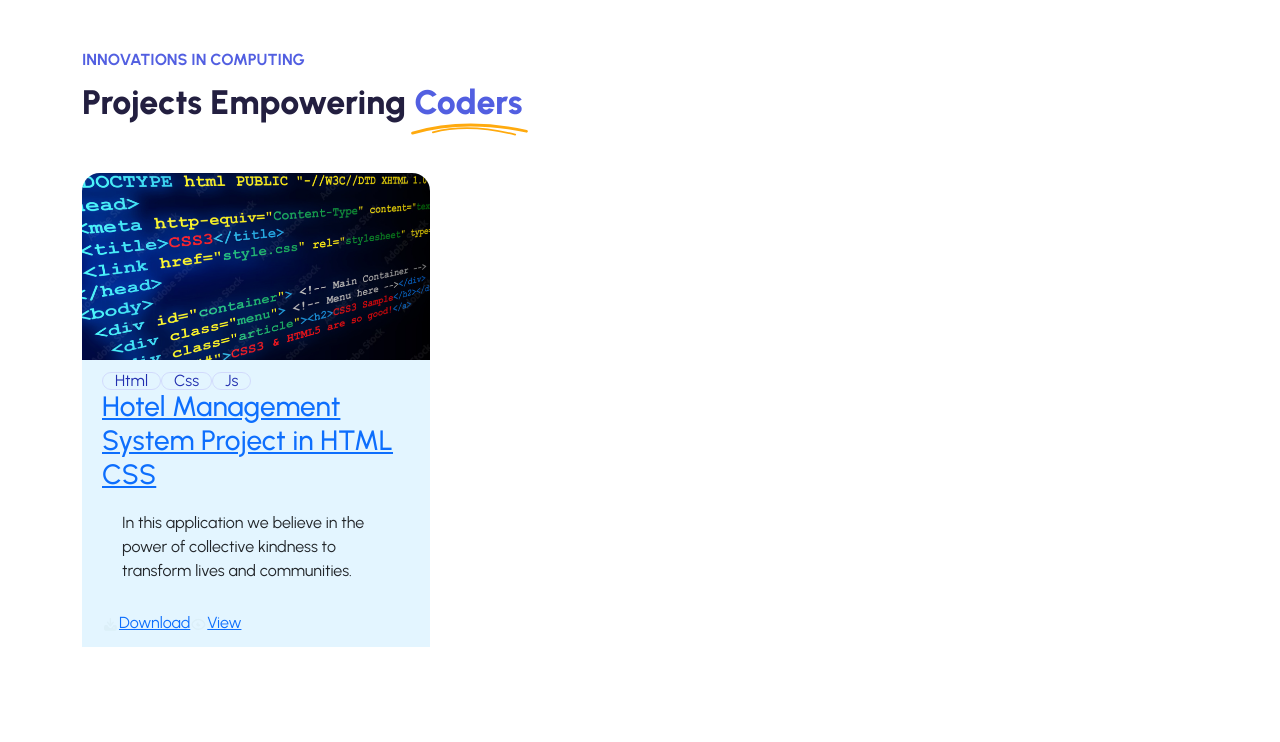
Repository: sharma171/jtccreativeideas
Page: /newsection (app in nextjssite/)
These files come from the project's save history. The page is drawn as it stood at one moment and after the next save; the edit follows.
The browser window is 1280 px wide. The pictures show the whole page.
The project was rebuilt for these pictures with package versions that can differ from the ones it lists, and the page was loaded fresh each time. The framework's server and built-in components were replaced by stand-ins that run in the browser. Also part of the build but not shown: nextjssite/next.config.mjs.

Above is the page before, as saved 2024-03-28 13:02:43.

After the next save:
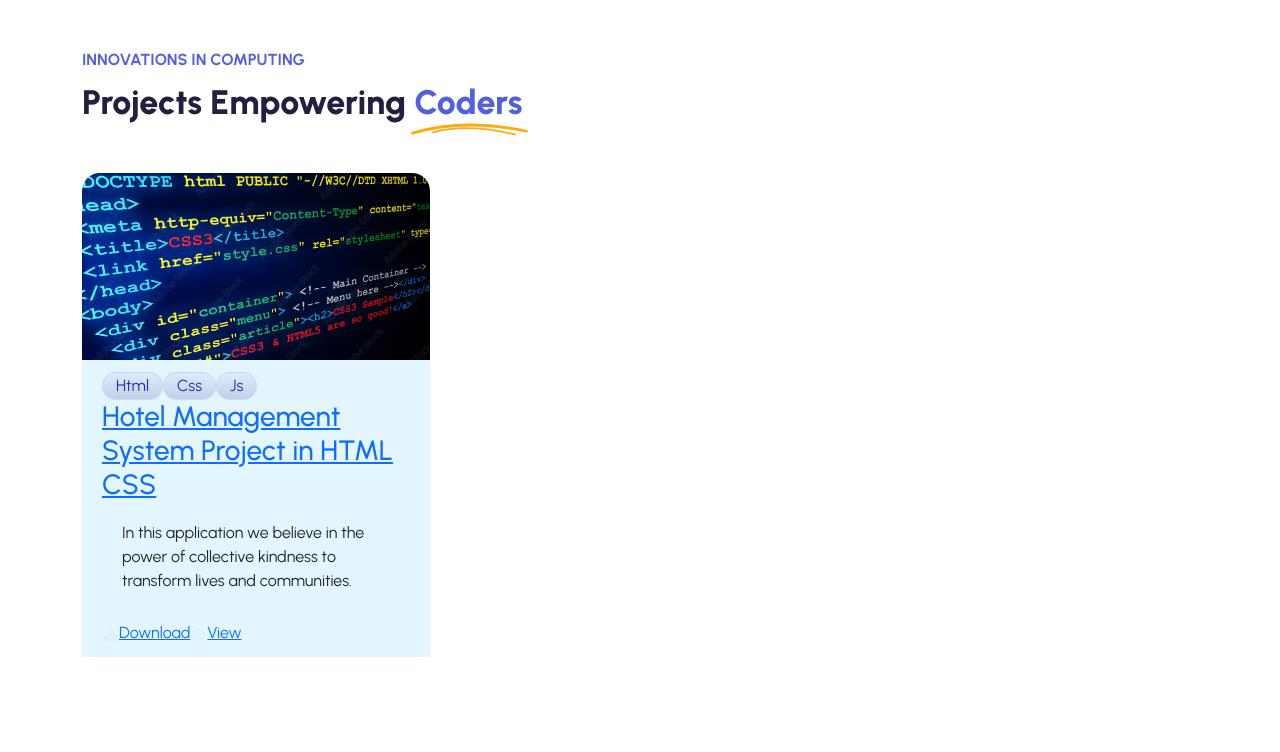
Saved 5 min 14 s later.
--- a/nextjssite/src/app/newsection/page.css
+++ b/nextjssite/src/app/newsection/page.css
@@ -68,12 +68,13 @@ section.projects {
     align-items: center;
 }
 .project-cards li .card-inner .info .tech-info span {
-    height: 18px;
+    height: 28px;
     font-size: 16px;
-    color:#222FB0;
+    color: #222FB0;
+    padding: 0 13px;
     line-height: 16px;
-    padding: 0 12px;
-    background:linear-gradient(#d2d7f152, 90deg, #3844893f);
+    background: linear-gradient(181deg, #d2d7f152, #C0D0E7);
+    align-content: center;
     border-radius: 19px;
     border: 1px solid #ccd3fbc2;
 }
